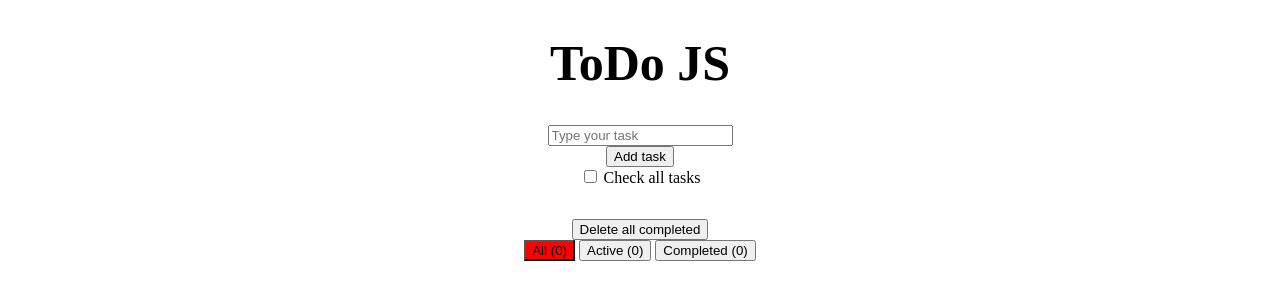
Repository: mklyagin/klyagin_todojs
Page: index.html
An editor plug-in stored every save of this project. The page is shown before and after the next save, followed by the edit.
The browser window is 1280 px wide. The pictures show the whole page.

Above is the page before, as saved 2024-02-27 15:35:26.

After the next save:
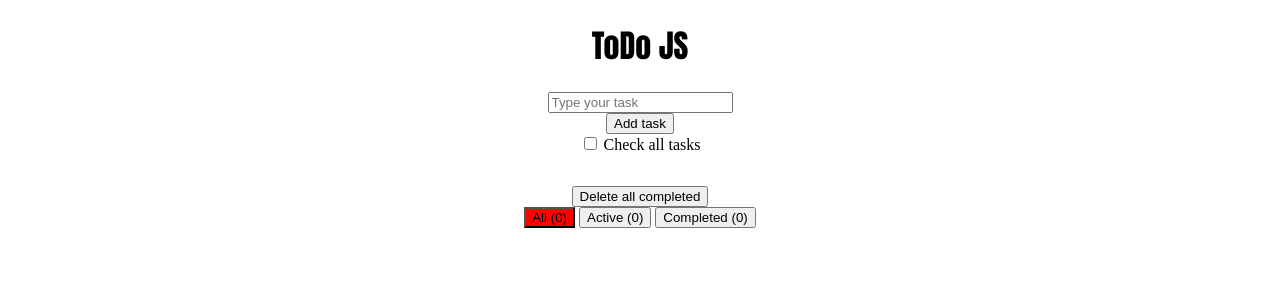
Saved 17 s later.
--- a/style.css
+++ b/style.css
@@ -8,7 +8,7 @@ body {
 }
 
 body > h1 {
-  font-size: 50px;
+  font-family: Impact, Haettenschweiler, 'Arial Narrow Bold', sans-serif;
 }
 
 .hidden-element {
